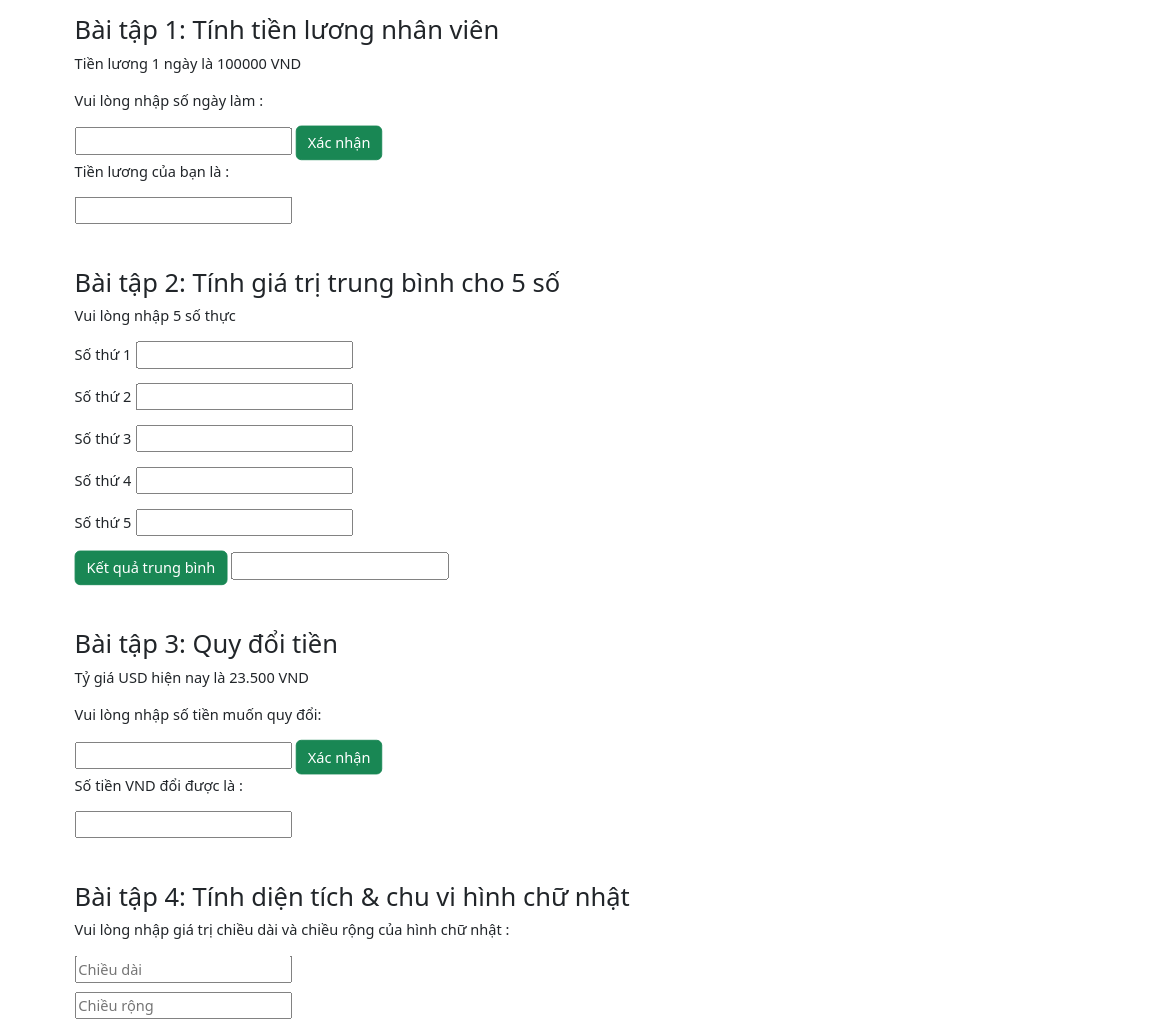
Repository: hcozyph/TranHuuPhuoc_BC43_BT_JS_Buoi2
Page: index.html
An editor plug-in stored every save of this project. The page is shown before and after the next save, followed by the edit.
The browser window is 1280 px wide. The pictures show the whole page, at 91% of full size.

Above is the page before, as saved 2023-01-21 22:45:39.

After the next save:
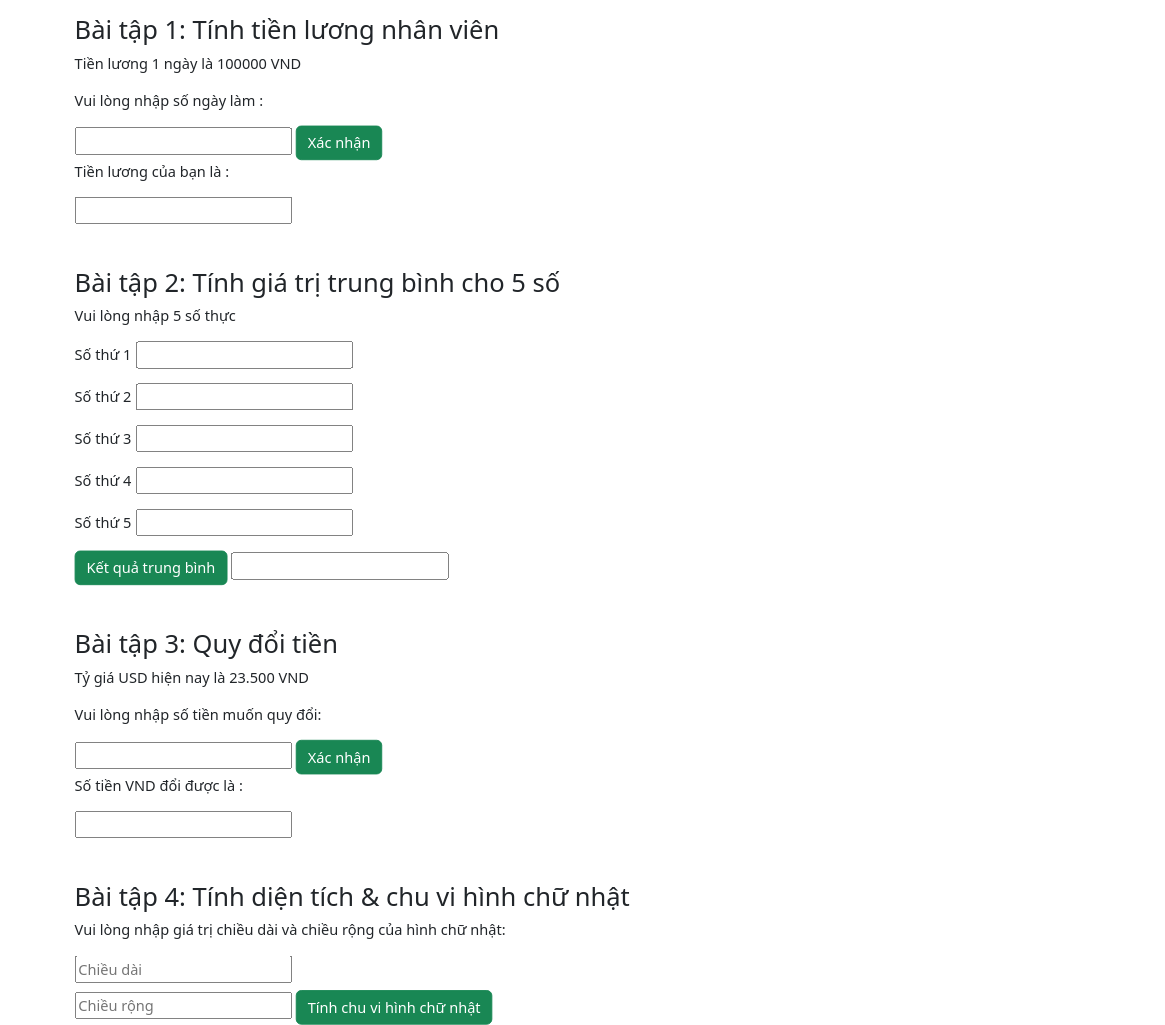
Saved 48 s later.
--- a/index.html
+++ b/index.html
@@ -98,7 +98,7 @@
                 </h1>
                 <p>
                     Vui lòng nhập giá trị chiều dài và chiều rộng của hình chữ
-                    nhật :
+                    nhật:
                 </p>
 
                 <input type="number" id="length" placeholder="Chiều dài" />
@@ -109,6 +109,10 @@
                     id="width"
                     placeholder="Chiều rộng"
                 />
+
+                <button class="btn btn-success">
+                    Tính chu vi hình chữ nhật
+                </button>
             </div>
         </div>
 
